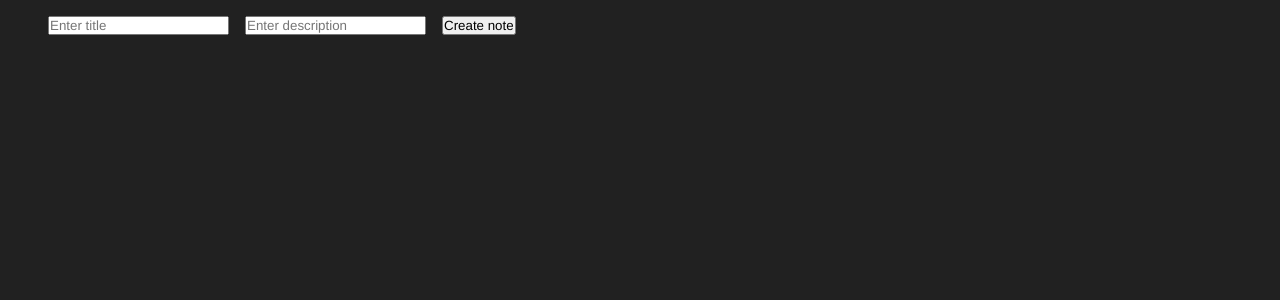
Repository: nileshwankhede03/The-Origin-Backend
Page: / (app in Fullstack/Frontend/FrontEnd/)
An editor plug-in stored every save of this project. The page is shown before and after the next save, followed by the edit.
The browser window is 1280 px wide. The pictures show the whole page.
The page's requests for data from a server got no answer. The project was rebuilt for these pictures with package versions that can differ from the ones it lists, and the page was loaded fresh each time. No one was signed in, and anything a server would have sent is missing. Also part of the build but not shown: Fullstack/Frontend/FrontEnd/vite.config.js.

Above is the page before, as saved 2026-02-03 07:40:46.

After the next save:
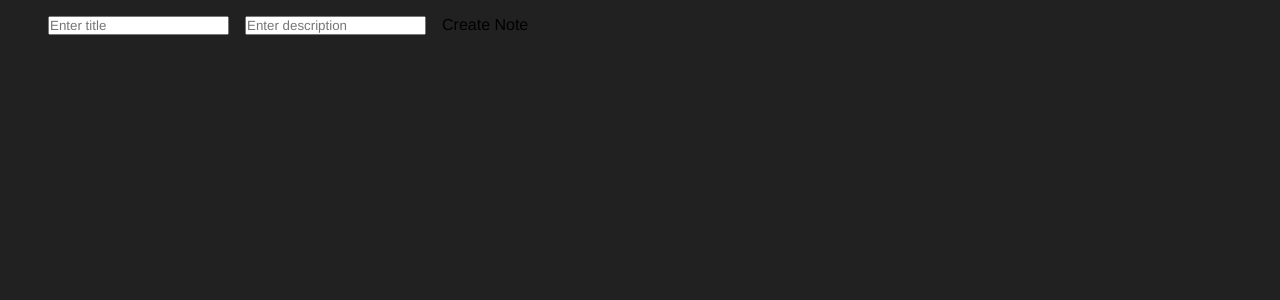
Saved 39 s later.
--- a/Fullstack/Frontend/FrontEnd/src/App.jsx
+++ b/Fullstack/Frontend/FrontEnd/src/App.jsx
@@ -80,7 +80,7 @@ const App = () => {
       <form className='note-create-form' onSubmit={handleSubmit} >
         <input name='title' type="text" placeholder='Enter title' value={FormData.title || ""} onChange={handleChange} />
         <input name='description' type="text" placeholder='Enter description' value={FormData.description || ""} onChange={handleChange} />
-        <button>Create note</button>
+        {editId ? "Update Note" : "Create Note"}
       </form>
 
       <div className="notes">
